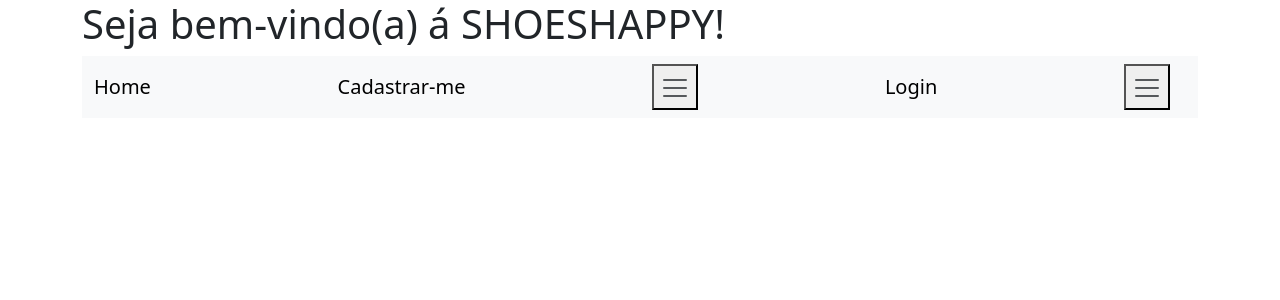
Repository: DianeMascarello/Uc09Senai
Page: http://localhost/SA3Uc09/
These files come from the project's save history. The page is drawn as it stood at one moment and after the next save; the edit follows.
The browser window is 1280 px wide. The pictures show the whole page.
The page is served by Tomcat 10. Other server files are loaded and not shown.

Above is the page before, as saved 2023-08-14 01:46:11.

### SA3Uc09/src/main/webapp/index.jsp
<%@ page language="java" contentType="text/html; charset=UTF-8"
	pageEncoding="UTF-8"%>
<!DOCTYPE html>
<html>
<head>
<meta charset="UTF-8">
<link>
<title>SHOESHAPPY</title>
<link
	href="https://cdn.jsdelivr.net/npm/bootstrap@5.3.1/dist/css/bootstrap.min.css"
	rel="stylesheet"
	integrity="sha384-4bw+/aepP/YC94hEpVNVgiZdgIC5+VKNBQNGCHeKRQN+PtmoHDEXuppvnDJzQIu9"
	crossorigin="anonymous">

</head>
<body>
	<div class="container">

		<h1>Seja bem-vindo(a) á SHOESHAPPY!</h1>
		<nav class="navbar navbar-expand-lg bg-body-tertiary">
			<div class="container-fluid">
				<a class="navbar-brand" href="index.jsp">Home</a>
				<button class="navbar-toggler" type="button"
					data-bs-toggle="collapse" data-bs-target="#navbarSupportedContent"
					aria-controls="navbarSupportedContent" aria-expanded="false"
					aria-label="Toggle navigation">
					<span class="navbar-toggler-icon"></span>
				</button>
				<a class="navbar-brand" href="Cadastro.jsp">Cadastrar-me</a>
				<button class="navbar-brand mr-auto" type="button"
					data-bs-toggle="collapse" data-bs-target="#navbarSupportedContent"
					aria-controls="navbarSupportedContent" aria-expanded="false"
					aria-label="Toggle navigation">
					<span class="navbar-toggler-icon"></span>
				</button>
				<a class="navbar-brand" href="Login.jsp">Login</a>
				<button class="navbar-brand mr-auto" type="button"
					data-bs-toggle="collapse" data-bs-target="#navbarSupportedContent"
					aria-controls="navbarSupportedContent" aria-expanded="false"
					aria-label="Toggle navigation">
					<span class="navbar-toggler-icon"></span>
				</button>
			</div>
			<script
				src="https://cdn.jsdelivr.net/npm/bootstrap@5.3.1/dist/js/bootstrap.bundle.min.js"
				integrity="sha384-HwwvtgBNo3bZJJLYd8oVXjrBZt8cqVSpeBNS5n7C8IVInixGAoxmnlMuBnhbgrkm"
				crossorigin="anonymous"></script>
</body>
</html>

After the next save:
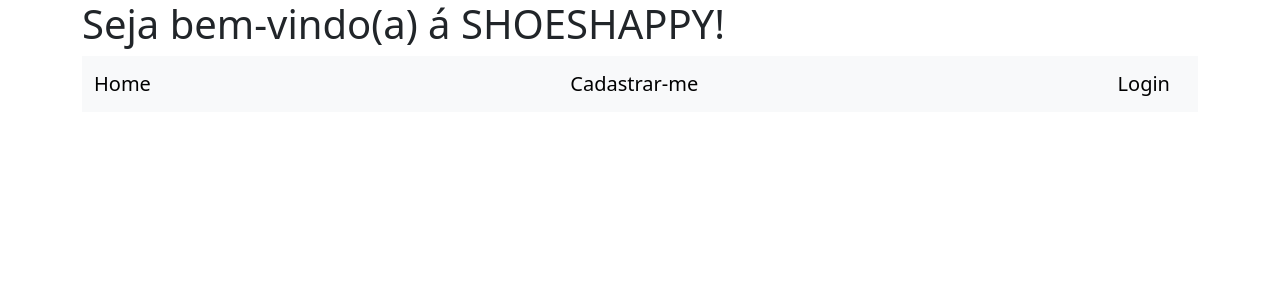
Saved 36 s later.
--- a/SA3Uc09/src/main/webapp/index.jsp
+++ b/SA3Uc09/src/main/webapp/index.jsp
@@ -27,14 +27,14 @@
 					<span class="navbar-toggler-icon"></span>
 				</button>
 				<a class="navbar-brand" href="Cadastro.jsp">Cadastrar-me</a>
-				<button class="navbar-brand mr-auto" type="button"
+				<button class="navbar-toggler mr-auto" type="button"
 					data-bs-toggle="collapse" data-bs-target="#navbarSupportedContent"
 					aria-controls="navbarSupportedContent" aria-expanded="false"
 					aria-label="Toggle navigation">
 					<span class="navbar-toggler-icon"></span>
 				</button>
 				<a class="navbar-brand" href="Login.jsp">Login</a>
-				<button class="navbar-brand mr-auto" type="button"
+				<button class="navbar-toggler mr-auto" type="button"
 					data-bs-toggle="collapse" data-bs-target="#navbarSupportedContent"
 					aria-controls="navbarSupportedContent" aria-expanded="false"
 					aria-label="Toggle navigation">
